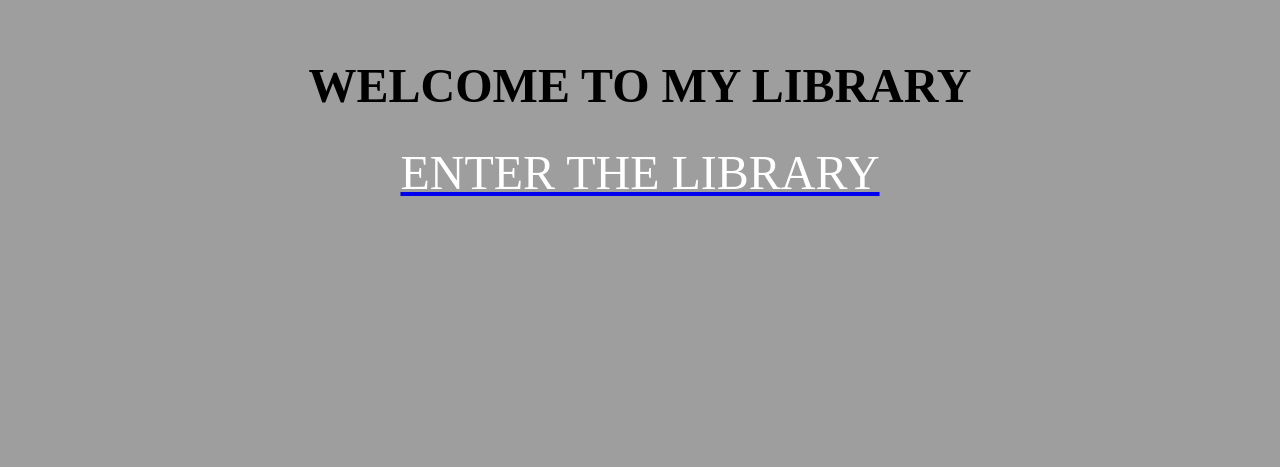
Repository: subhamsourabh265/LibManagementSystemJ2EE-
Page: library/WebContent/mylib.html
These files come from the project's save history. The page is drawn as it stood at one moment and after the next save; the edit follows.
The browser window is 1280 px wide. The pictures show the whole page.

Above is the page before, as saved 2015-07-06 19:29:31.

After the next save:
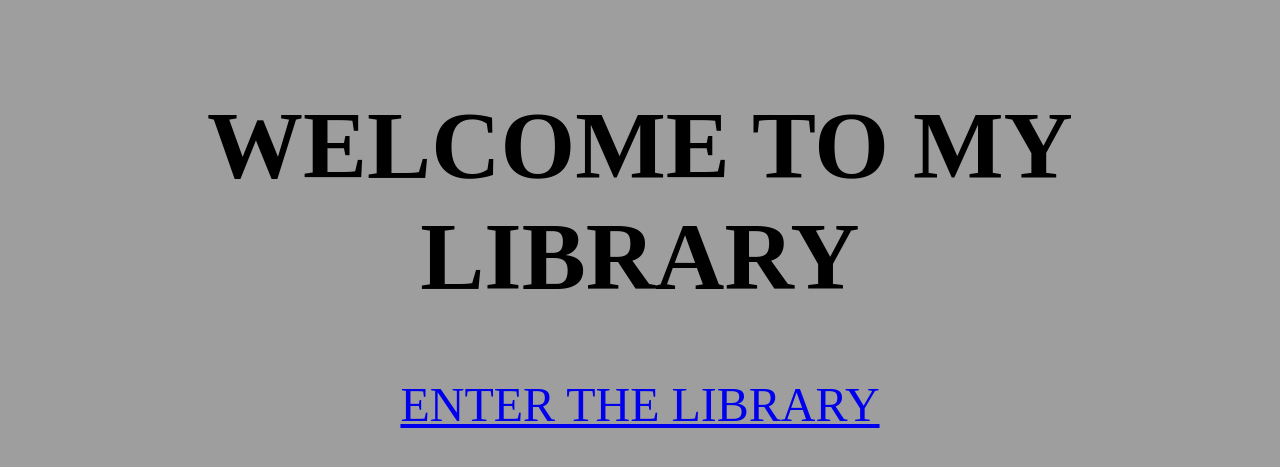
Saved 3 min 20 s later.
--- a/library/WebContent/mylib.html
+++ b/library/WebContent/mylib.html
@@ -5,10 +5,11 @@
 <title>LIBRARY</title>
 </head>
 <body background="F:\IMAGES\wallpaper\rain_drops_wallpaper_plants_nature_wallpaper_1920_1440_1663.jpg"><br>
-<font size = 5>
-<h1 align = center>	WELCOME TO MY LIBRARY</h1>
+<font size = 7>
+<h1 align = center>	<b>WELCOME TO MY LIBRARY</b></h1>
 </font>
-<font size=10><a  href =  "mylogin.html" ><p style= "text-align:center"> <font color="white">ENTER  THE  LIBRARY</a></font>
+<font size=10 color = "white">
+<a  href =  "mylogin.html" ><p style= "text-align:center"> ENTER  THE  LIBRARY</p></a></font>
 </font>
 </body>
 </html>
